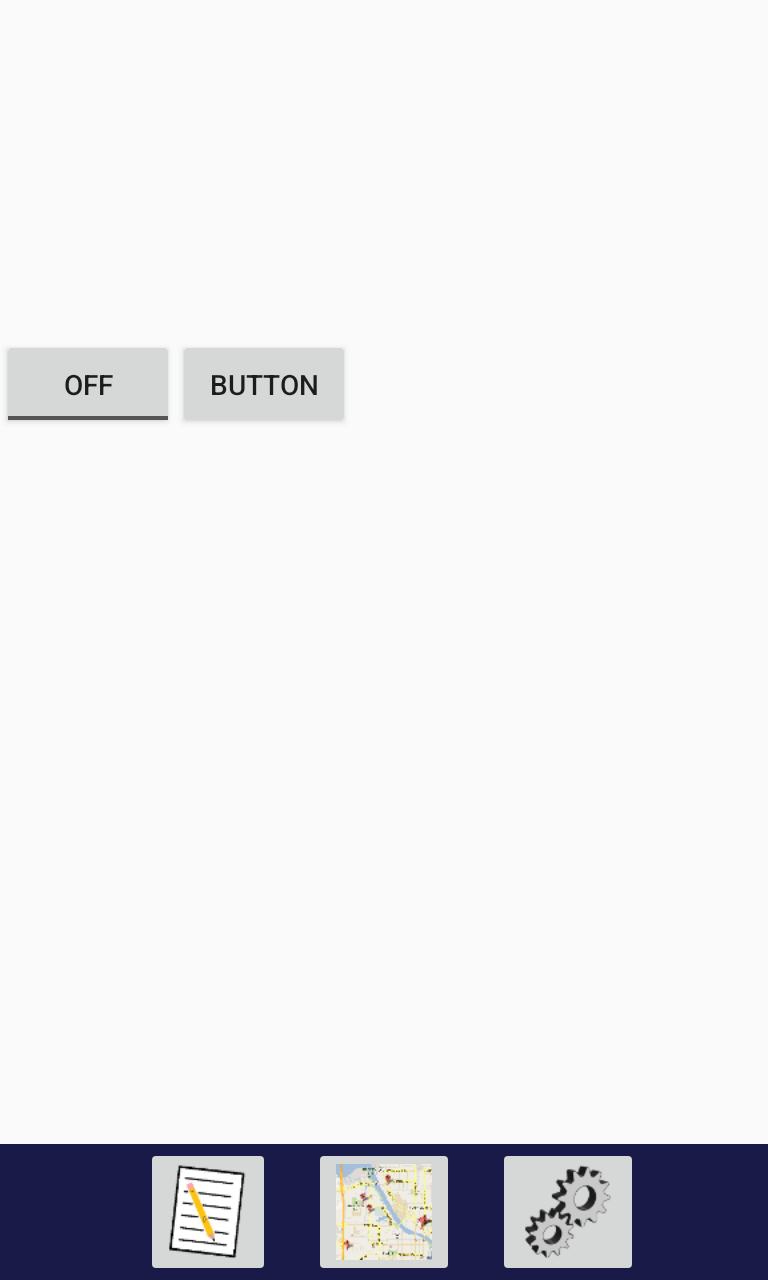
Repository: MobileApps-Cascadia/JenniferBronson_ExercisesChapter5
Layout: MyContactList/res/layout/activity_contact.xml
These files come from the project's save history. The layout is drawn as it stood at one moment and after the next save; the edit follows.
It is drawn on a 768 x 1280 px phone screen (xhdpi) without system bars, with theme AppTheme; the app's code is not run.

Above is the layout before, as saved 2014-04-26 20:14:30.

After the next save:
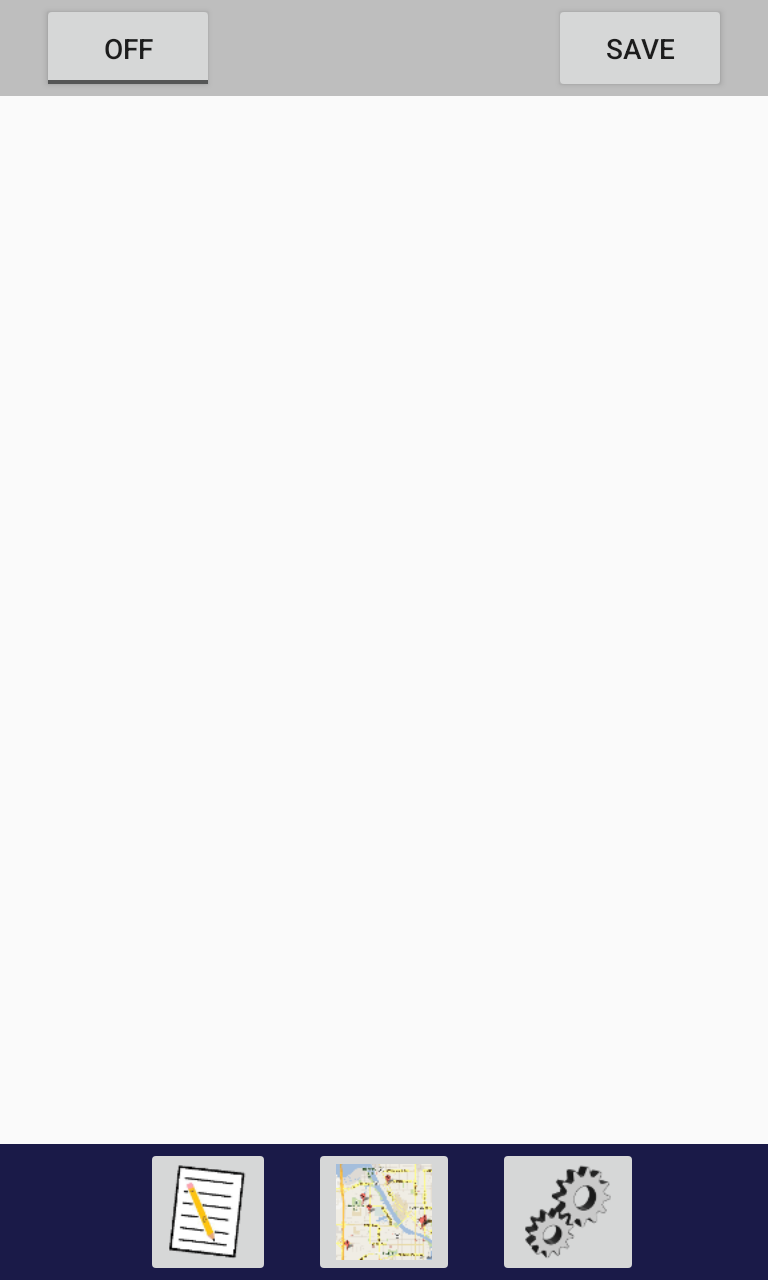
Saved 13 min 40 s later.
--- a/MyContactList/res/layout/activity_contact.xml
+++ b/MyContactList/res/layout/activity_contact.xml
@@ -42,25 +42,29 @@
     </RelativeLayout>
 
     <RelativeLayout
+        android:id="@+id/toolbar"
+        android:background="@color/toolbar_background"
         android:layout_width="match_parent"
         android:layout_height="wrap_content"
+        android:layout_alignParentLeft="true"
         android:layout_alignParentTop="true"
-        android:layout_centerHorizontal="true"
-        android:layout_marginTop="168dp" >
+        >
 
         <ToggleButton
-            android:id="@+id/toggleButton1"
+            android:id="@+id/toggleButtonEdit"
             android:layout_width="wrap_content"
             android:layout_height="wrap_content"
+            android:layout_alignParentLeft="true"
+            android:layout_marginLeft="20dp"
             android:text="ToggleButton" />
 
         <Button
-            android:id="@+id/button1"
+            android:id="@+id/buttonSave"
             android:layout_width="wrap_content"
             android:layout_height="wrap_content"
-            android:layout_alignParentTop="true"
-            android:layout_toRightOf="@+id/toggleButton1"
-            android:text="Button" />
+            android:layout_alignParentRight="true"
+            android:layout_marginRight="20dp"
+            android:text="Save" />
 
     </RelativeLayout>
 
